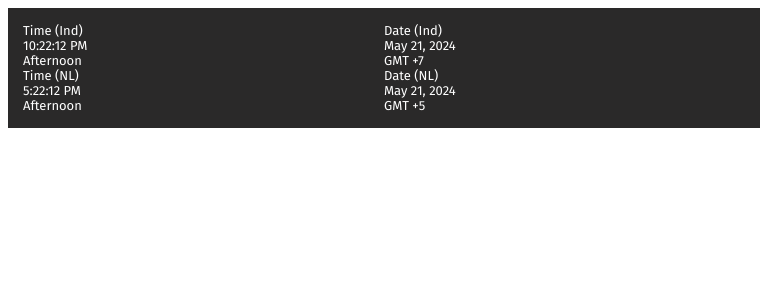
Repository: SnakeXrnt/notion-clock
Page: index.html
An editor plug-in stored every save of this project. The page is shown before and after the next save, followed by the edit.
The browser window is 768 px wide. The pictures show the whole page.

Above is the page before, as saved 2024-05-21 15:44:27.

### index.html
<!DOCTYPE html>
<html lang="en">
<head>
    <meta charset="UTF-8">
    <meta name="viewport" content="width=device-width, initial-scale=1.0">
    <title>Notion Dashboard VP</title>
    <link rel="preconnect" href="https://fonts.googleapis.com">
    <link rel="preconnect" href="https://fonts.gstatic.com" crossorigin>
    <link href="https://fonts.googleapis.com/css2?family=Fira+Sans:ital,wght@0,100;0,200;0,300;0,400;0,500;0,600;0,700;0,800;0,900;1,100;1,200;1,300;1,400;1,500;1,600;1,700;1,800;1,900&display=swap" rel="stylesheet">
    <link rel="stylesheet" href="style.css">
    <script src="script.js" defer></script>
</head>
<body>
    <div class="main">
        <div class="time">
            <div class="indonesia">
                <div class="left">
                    <h3>Time (Ind)</h3>
                    <h1 class="time-now-ind">time-now-idn</h1>
                    <h3 class="status-ind">status-ind</h3>
                </div>
                <div class="right">
                    <h3>Date (Ind)</h3>
                    <h1 class="date-now-ind">date-now-idn</h1>
                    <h3>GMT +7</h3>

                </div>
            </div>
            <div class="netherlands">
                <div class="left">
                    <h3>Time (NL)</h3>
                    <h1 class="time-now-nl">time-now-nl</h1>
                    <h3 class="status-nl">
                        status-nl
                    </h3>
                </div>
                <div class="right">
                    <h3>Date (NL)</h3>
                    <h1 class="date-now-nl">date-now-nl</h1>
                    <h3>GMT +5</h3>

                </div>
            </div>

        </div>
        <div id="weather-info">
            <!-- Weather forecast will be displayed here -->
        </div>
    </div>
</body>
</html>

### style.css
.main {
    display: flex;
    flex-direction: column;
    background-color: rgb(42, 41, 41);
    border: 2vw solid rgb(42, 41, 41);
}

.time {
    display: flex;
    width: 100%;
    justify-content: space-evenly;
}

.time .left, .right {
    width: 25vw;
    height: max-content;
    justify-content: space-evenly;

}

.time .indonesia, .netherlands {
    display: flex;
}



.time h1, h2, h3 {
    margin: 0px;
    font-family: "Fira Sans", sans-serif;
    font-weight: 400;
    font-style: normal;
    color: white;
}

body {
    overflow-x: hidden;
}

@media screen and (max-width: 768px) {
    .time {
        display: flex;
        flex-direction: column  ;
    }

    .time .left, .right {
        width: 50vw;
        height: max-content;
        justify-content: space-evenly;

    }

    .time h1, h2, h3 {
        font-size:small;
    }
}

### script.js
document.addEventListener("DOMContentLoaded", function() {
    function getStatus(time) {
        let status = '';
        const hour = time.getHours();

        if (hour >= 5 && hour < 7) {
            status = 'Dawn';
        } else if (hour >= 7 && hour < 12) {
            status = 'Morning';
        } else if (hour >= 12 && hour < 15) {
            status = 'Mid-day';
        } else if (hour >= 15 && hour < 18) {
            status = 'Afternoon';
        } else if (hour >= 18 && hour < 21) {
            status = 'Evening';
        } else {
            status = 'Mid-night';
        }

        return status;
    }

    function updateTimeAndDate(countryCode, timeElementClass, dateElementClass, statusElementClass) {
        const now = new Date();
        const options = { timeZone: countryCode };
        const timeElement = document.querySelector('.' + timeElementClass);
        const dateElement = document.querySelector('.' + dateElementClass);
        const statusElement = document.querySelector('.' + statusElementClass);

        timeElement.textContent = now.toLocaleTimeString('en-US', options);
        dateElement.textContent = now.toLocaleDateString('en-US', {
            month: 'long',
            day: 'numeric',
            year: 'numeric'
        }, options);

        const status = getStatus(now);
        statusElement.textContent = status;
    }

    function updateEverySecond() {
        // Update time, date, and status for Indonesia
        updateTimeAndDate('Asia/Jakarta', 'time-now-ind', 'date-now-ind', 'status-ind');

        // Update time, date, and status for Netherlands
        updateTimeAndDate('Europe/Amsterdam', 'time-now-nl', 'date-now-nl', 'status-nl');
    }

    // Update every second
    setInterval(updateEverySecond, 1000);

    // Initial update
    updateEverySecond();
});

After the next save:
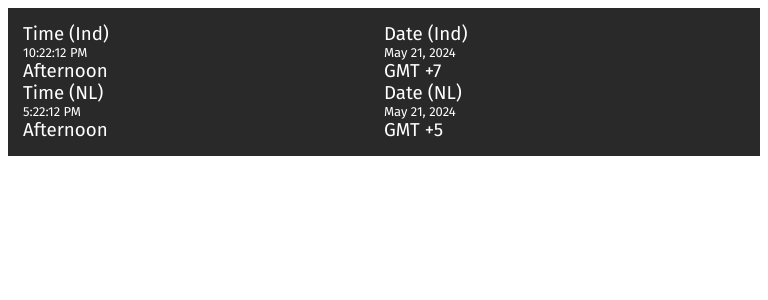
Saved 17 s later.
--- a/style.css
+++ b/style.css
@@ -49,7 +49,9 @@ body {
 
     }
 
-    .time h1, h2, h3 {
-        font-size:small;
+    .time h1{
+        font-size: small;
     }
+
+
 }
